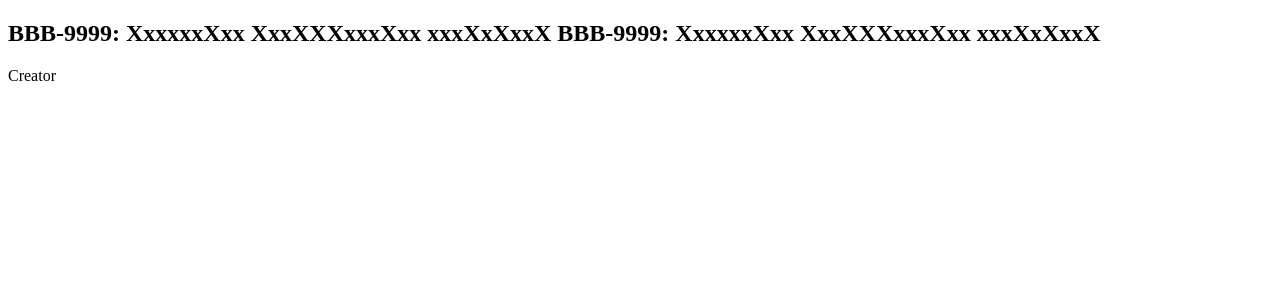
Repository: AnaBerlanda/PaginaFer
Page: index.html
The author's editor kept a copy of each file at every save. The page is drawn from the files as they stood at one save, then again after the next save.
The browser window is 1280 px wide. The pictures show the whole page.

Above is the page before, as saved 2022-05-19 16:56:53.

### index.html
<!DOCTYPE html>
<html lang="en">
<head>
    <meta charset="UTF-8">
    <meta http-equiv="X-UA-Compatible" content="IE=edge">
    <meta name="viewport" content="width=device-width, initial-scale=1.0">
    <title>Release</title>
</head>
<body>
    <h2>
        <strong>BBB-9999: XxxxxxXxx XxxXXXxxxXxx xxxXxXxxX</strong>
        BBB-9999: XxxxxxXxx XxxXXXxxxXxx xxxXxXxxX
    </h2>
    <div class="container">

    <div class="textos">
        <p class="creator">Creator</p>
    </div>

    </div>












</body>
</html>

After the next save:
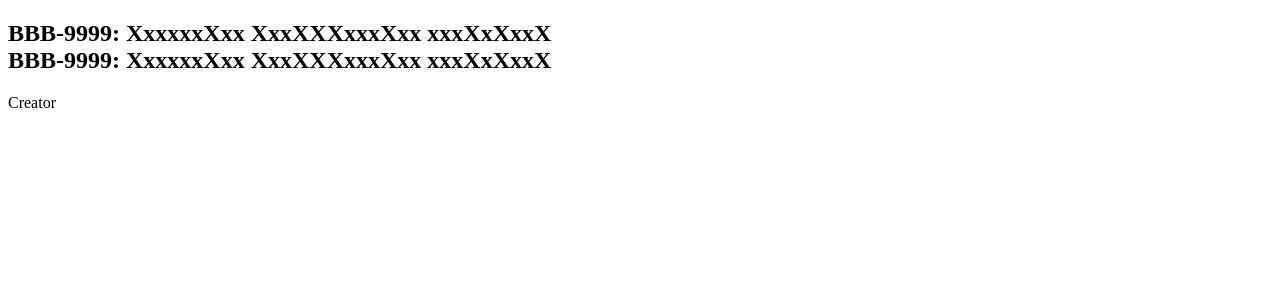
Saved 21 h 29 min later.
--- a/index.html
+++ b/index.html
@@ -8,7 +8,7 @@
 </head>
 <body>
     <h2>
-        <strong>BBB-9999: XxxxxxXxx XxxXXXxxxXxx xxxXxXxxX</strong>
+        <strong>BBB-9999: XxxxxxXxx XxxXXXxxxXxx xxxXxXxxX</strong><br>
         BBB-9999: XxxxxxXxx XxxXXXxxxXxx xxxXxXxxX
     </h2>
     <div class="container">
